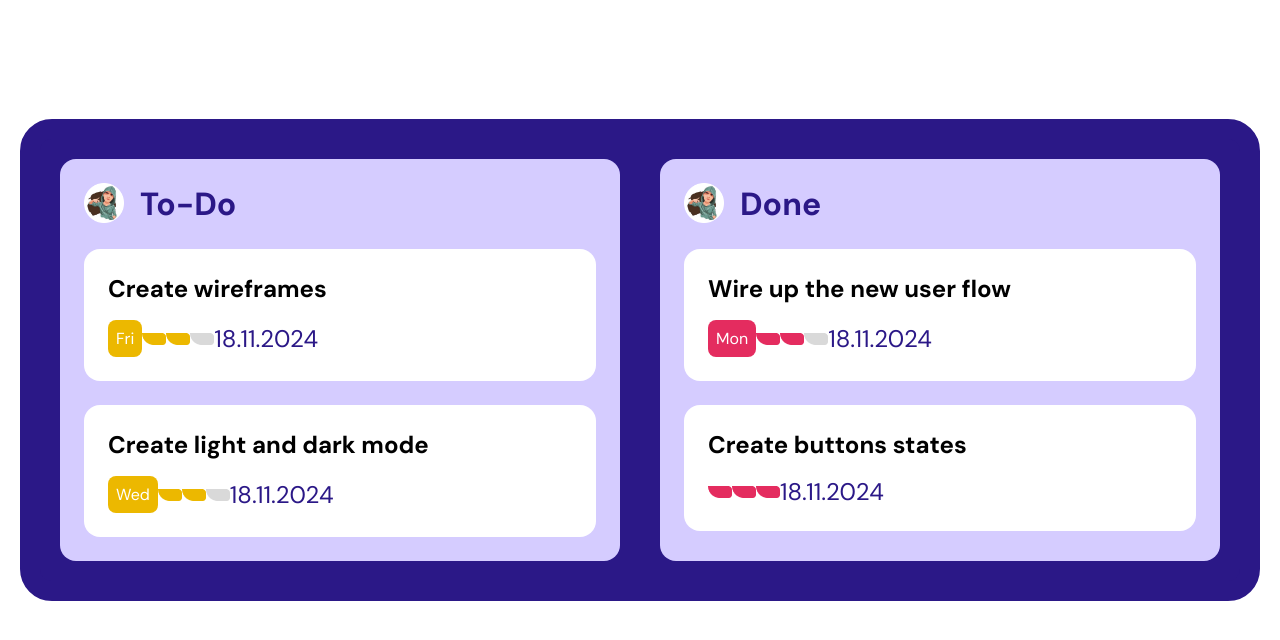
Repository: VitasYo/Kanban
Page: index.html
These files come from the project's save history. The page is drawn as it stood at one moment and after a run of saves; the edit follows.
The browser window is 1280 px wide. The pictures show the whole page.

Above is the page before, as saved 2024-04-15 20:28:40.

### index.html
<!DOCTYPE html>
<html lang="en">
<head>
  <meta charset="UTF-8">
  <meta name="viewport" content="width=device-width, initial-scale=1.0">
  <link rel="stylesheet" href="./src/assets/css/index.css">
  <title>To-Do-List-Kanban</title>
</head>
<body>
  <main class="kanban">
    <section class="kanban__column">
      <div class="kanban__title_and_icon">
        <img height=40 width=40 src="src/assets/img/Avatar.jpg" alt="Аватар">
        <h2 class="kanban__title">To-Do</h2>
      </div>
      <div class="card">
        <div class="card_title">Create wireframes</div>
        <div class="card_items">
          <div class="card_pin_yel">Fri</div>
          <div class="card_scale">
            <img class="card_scale_item" src="src/assets/img/yel_rect.png">
            <img class="card_scale_item" src="src/assets/img/yel_rect.png">
            <img class="card_scale_item" src="src/assets/img/grey_rect.png">
          </div>
          <div class="card_date">18.11.2024</div>
        </div>
      </div>
      <div class="card">
        <div class="card_title">Create light and dark mode</div>
        <div class="card_items">
          <div class="card_pin_yel">Wed</div>
          <div class="card_scale">
            <img class="card_scale_item" src="src/assets/img/yel_rect.png">
            <img class="card_scale_item" src="src/assets/img/yel_rect.png">
            <img class="card_scale_item" src="src/assets/img/grey_rect.png">
          </div>
          <div class="card_date">18.11.2024</div>
        </div>
      </div>
    </section>

    <section class="kanban__column">
      <div class="kanban__title_and_icon">
        <img height=40 width=40 src="src/assets/img/Avatar.jpg" alt="Аватар">
        <h2 class="kanban__title">Done</h2>
      </div>
      <div class="card">
        <div class="card_title">Wire up the new user flow</div>
        <div class="card_items">
          <div class="card_pin_red">Mon</div>
          <div class="card_scale">
            <img class="card_scale_item" src="src/assets/img/red_rect.png">
            <img class="card_scale_item" src="src/assets/img/red_rect.png">
            <img class="card_scale_item" src="src/assets/img/grey_rect.png">
          </div>
          <div class="card_date">18.11.2024</div>
        </div>
      </div>
      <div class="card">
        <div class="card_title">Create buttons states</div>
        <div class="card_items">
          <div class="card_scale">
            <img class="card_scale_item" src="src/assets/img/red_rect.png">
            <img class="card_scale_item" src="src/assets/img/red_rect.png">
            <img class="card_scale_item" src="src/assets/img/red_rect.png">
          </div>
          <div class="card_date">18.11.2024</div>
        </div>
      </div>
    </section>
  </main>
  </body>
<script src="./src/assets/js/index.js"></script>
</html>

### src/assets/css/index.css
@import url('https://fonts.googleapis.com/css2?family=DM+Sans:opsz,wght@9..40,100;9..40,200;9..40,300;9..40,400;9..40,500;9..40,600;9..40,700;9..40,800;9..40,900;9..40,1000&display=swap');
@import './component/_kanban.css';
@import './_media.css';



* {
  font-family: 'DM Sans', sans-serif;
}

* {
  box-sizing: border-box;
  margin: 0;
  padding: 0;
}

body {
  font-family: 'Arial', sans-serif;
  background-color: white;
  color: white;
  display: flex;
  flex-direction: column;
  min-height: 100vh;
}


.header__title,
.footer__text {
  margin: 0;
  padding: 10px 0;
}

.container {
  width: 100%;
  padding-right: 15px;
  padding-left: 15px;
  margin-right: auto;
  margin-left: auto;
}

### src/assets/css/component/_kanban.css
.kanban {
    display: flex;
    flex-wrap: wrap;
    justify-content: space-around;
    flex-grow: 1;
    flex: 0 0 100%;
    border-radius: 32px;
    border: 20px solid #2B1887;
    background-color: #2B1887;
    display: grid;
    grid-template-columns: 1fr 1fr;
    margin: auto;
}

.kanban__column {
    width: 560px;
    background-color: #D5CCFF;
    border-radius: 16px;
    padding: 24px;
    margin: 20px;
}

.kanban__title_and_icon {
    display: flex;
    width: 560px;
}

    .kanban__title {
        color: #2B1887;
        font-size: 32px;
        padding-left: 16px;
    }

.card {
    width: 512px;;
    background-color: white;
    border-radius: 16px;
    margin-block-start: 24px;
    padding: 24px;
}

    .card_title {
        color: black;
        font-size: 24px;
        font-weight: bold;
    }

    .card_items {
        margin-top: 16px;
        display: flex;
        align-items: center;
    }

        .card_pin_yel {
            padding: 8px;
            border-radius: 8px;
            background-color: #ECB800;
        }

        .card_pin_red {
            padding: 8px;
            border-radius: 8px;
            background-color: #E42C5F;
        }

        .card_scale {
            display: flex;
        }

            .card_scale_item {
                padding-12px;
            }

        .card_date {
            font-size: 24px;
            color: #2B1887;
        }

### src/assets/css/_media.css
@media (min-width: 576px) {
    .container {
        max-width: 540px;
    }
}

@media (min-width: 768px) {
    .container {
        max-width: 720px;
    }
}

@media (min-width: 992px) {
    .container {
        max-width: 960px;
    }
}

@media (min-width: 1200px) {
    .container {
        max-width: 1140px;
    }
}

@media (min-width: 1400px) {
    .container {
        max-width: 1320px;
    }
}

@media screen and (min-width: 640px) {
    .kanban__column {
        flex: 0 0 calc(33.333% - 20px);
    }
}

Loaded but not shown: src/assets/js/index.js (no stored copy; drawn as an empty file)

After the next 2 saves:
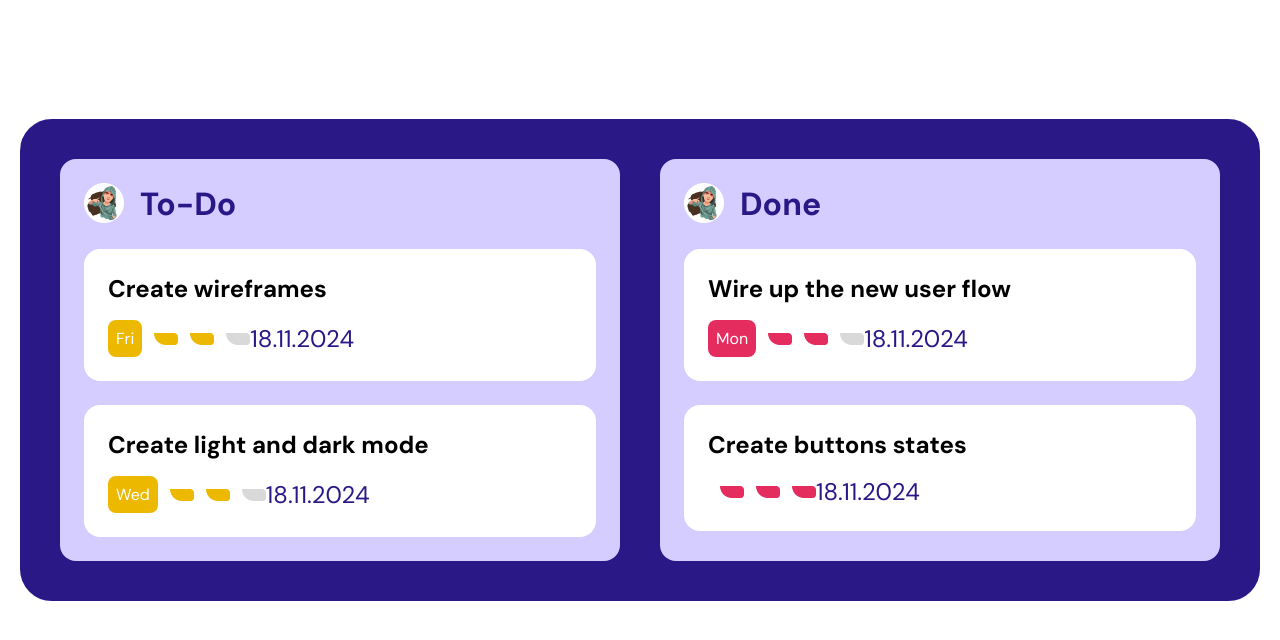
The 2 saves are shown as one change because they came seconds apart.
The last was saved 8 s later.
--- a/src/assets/css/component/_kanban.css
+++ b/src/assets/css/component/_kanban.css
@@ -68,7 +68,7 @@
         }
 
             .card_scale_item {
-                padding-12px;
+                padding-inline-start: 12px;
             }
 
         .card_date {
